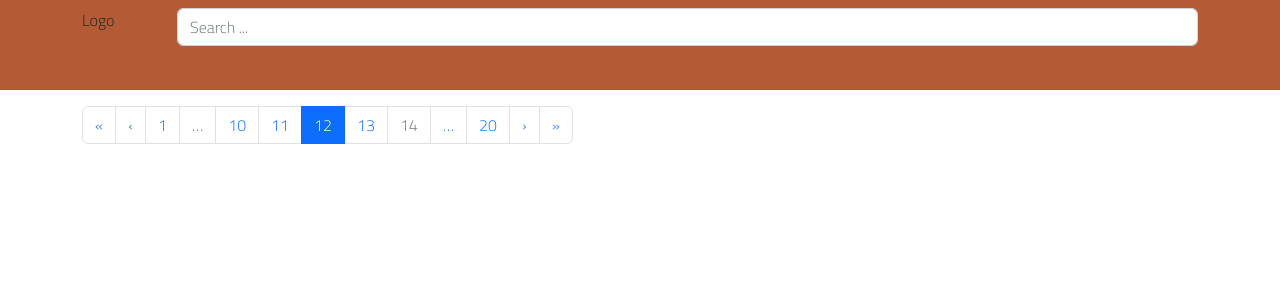
Repository: SD-Mdouka/react-table
Page: /
The author's editor kept a copy of each file at every save. The page is drawn from the files as they stood at one save, then again after a run of saves.
The browser window is 1280 px wide. The pictures show the whole page.
The page's requests for data from a server got no answer. The project was rebuilt for these pictures with package versions that can differ from the ones it lists, and the page was loaded fresh each time. No one was signed in, and anything a server would have sent is missing. Also part of the build but not shown: src/react-table-filter/table-list-card/components/CardMovies.tsx.

Above is the page before, as saved 2022-10-15 23:21:07.

After the next 2 saves:
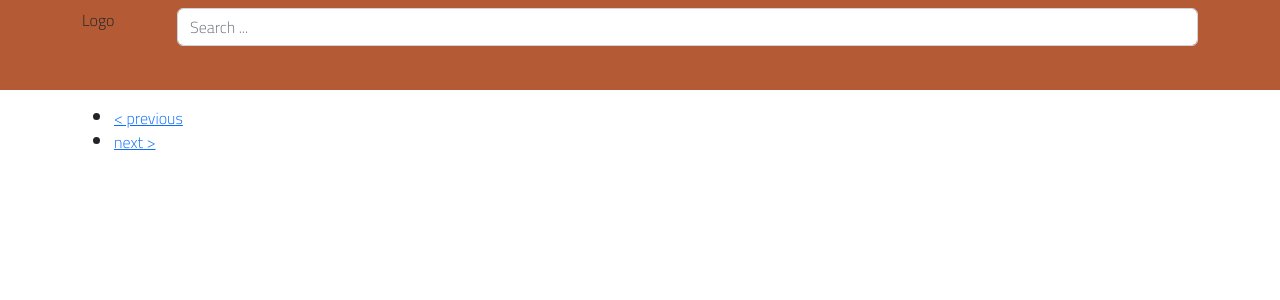
The 2 saves are shown as one change because 1 did not build or start.
The last was saved 22 min 37 s later.
--- a/src/react-table-filter/table-list-card/components/Pageination.tsx
+++ b/src/react-table-filter/table-list-card/components/Pageination.tsx
@@ -1,28 +1,20 @@
-import React from 'react'
-import { Pagination } from 'react-bootstrap';
+import React from "react";
+import ReactPaginate from "react-paginate";
 
 const Pageination = () => {
   return (
     <div>
-      <Pagination>
-        <Pagination.First />
-        <Pagination.Prev />
-        <Pagination.Item>{1}</Pagination.Item>
-        <Pagination.Ellipsis />
-
-        <Pagination.Item>{10}</Pagination.Item>
-        <Pagination.Item>{11}</Pagination.Item>
-        <Pagination.Item active>{12}</Pagination.Item>
-        <Pagination.Item>{13}</Pagination.Item>
-        <Pagination.Item disabled>{14}</Pagination.Item>
-
-        <Pagination.Ellipsis />
-        <Pagination.Item>{20}</Pagination.Item>
-        <Pagination.Next />
-        <Pagination.Last />
-      </Pagination>
+      <ReactPaginate
+        breakLabel="..."
+        nextLabel="next >"
+        // onPageChange={handlePageClick}
+        pageRangeDisplayed={5}
+        // pageCount={pageCount}
+        previousLabel="< previous"
+        renderOnZeroPageCount={null}
+      />
     </div>
   );
-}
+};
 
-export default Pageination
+export default Pageination;

After the 3 saves that followed:
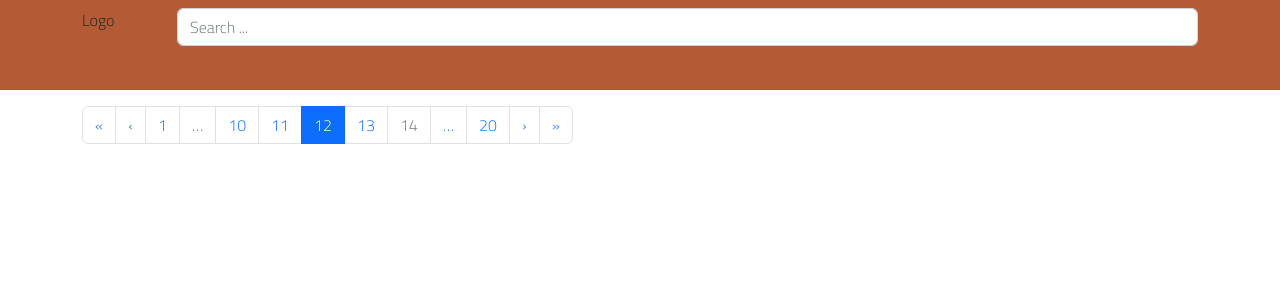
The 3 saves are shown as one change because 2 left the picture as it was.
The last was saved 10 min 38 s later.
--- a/src/react-table-filter/table-list-card/components/Pageination.tsx
+++ b/src/react-table-filter/table-list-card/components/Pageination.tsx
@@ -1,18 +1,26 @@
 import React from "react";
-import ReactPaginate from "react-paginate";
+import { Pagination } from "react-bootstrap";
 
 const Pageination = () => {
   return (
     <div>
-      <ReactPaginate
-        breakLabel="..."
-        nextLabel="next >"
-        // onPageChange={handlePageClick}
-        pageRangeDisplayed={5}
-        // pageCount={pageCount}
-        previousLabel="< previous"
-        renderOnZeroPageCount={null}
-      />
+      <Pagination>
+        <Pagination.First />
+        <Pagination.Prev />
+        <Pagination.Item>{1}</Pagination.Item>
+        <Pagination.Ellipsis />
+
+        <Pagination.Item>{10}</Pagination.Item>
+        <Pagination.Item>{11}</Pagination.Item>
+        <Pagination.Item active>{12}</Pagination.Item>
+        <Pagination.Item>{13}</Pagination.Item>
+        <Pagination.Item disabled>{14}</Pagination.Item>
+
+        <Pagination.Ellipsis />
+        <Pagination.Item>{20}</Pagination.Item>
+        <Pagination.Next />
+        <Pagination.Last />
+      </Pagination>
     </div>
   );
 };
